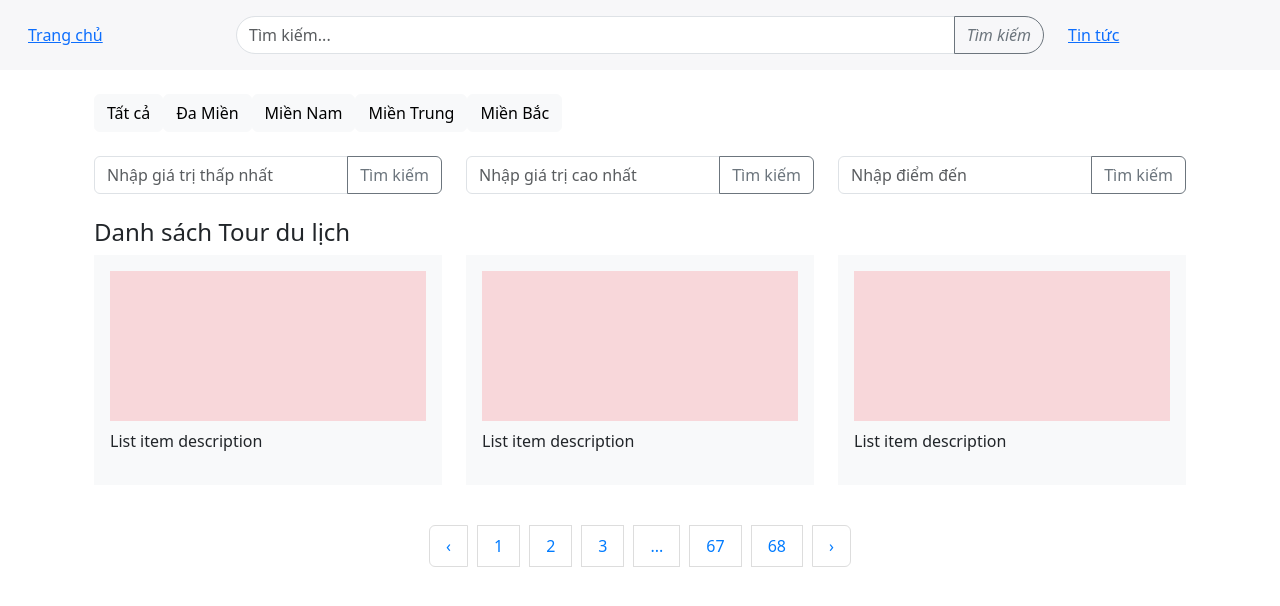
Repository: Minh23122003/qlDuAnPhanMem
Page: / (app in frontend/)
An editor plug-in stored every save of this project. The page is shown before and after the next save, followed by the edit.
The browser window is 1280 px wide. The pictures show the whole page.
The project was rebuilt for these pictures with package versions that can differ from the ones it lists, and the page was loaded fresh each time. Also part of the build but not shown: frontend/src/service/WebSocketService.js, frontend/src/components/Notifications.js, frontend/src/layout/Footer.js, frontend/src/configs/Apis.js, frontend/src/components/Relativeparkcard.js, frontend/src/components/Receipt/ReceiptList.css, frontend/src/components/merchandisecabinet.js, frontend/src/components/Service.js and 13 more.

Above is the page before, as saved 2024-09-06 17:16:09.

### frontend/src/index.js
import React from 'react';
import ReactDOM from 'react-dom/client';
import './index.css';
import App from './App';
import reportWebVitals from './reportWebVitals';
import { ToastContainer, toast } from 'react-toastify';
import 'react-toastify/dist/ReactToastify.css';
const root = ReactDOM.createRoot(document.getElementById('root'));
root.render(
    <React.StrictMode>
        <App />
        <ToastContainer
            position="top-center"
            autoClose={5000}
            hideProgressBar={false}
            newestOnTop={false}
            closeOnClick
            rtl={false}
            pauseOnFocusLoss
            draggable
            pauseOnHover
            theme="light"
            transition="Bounce"
        />
    </React.StrictMode>,
);

// If you want to start measuring performance in your app, pass a function
// to log results (for example: reportWebVitals(console.log))
// or send to an analytics endpoint. Learn more: https://bit.ly/CRA-vitals
reportWebVitals()

### frontend/src/index.css
body {
  margin: 0;
  font-family: -apple-system, BlinkMacSystemFont, 'Segoe UI', 'Roboto', 'Oxygen',
    'Ubuntu', 'Cantarell', 'Fira Sans', 'Droid Sans', 'Helvetica Neue',
    sans-serif;
  -webkit-font-smoothing: antialiased;
  -moz-osx-font-smoothing: grayscale;
  background-color: #f8d7da;
}

code {
  font-family: source-code-pro, Menlo, Monaco, Consolas, 'Courier New',
    monospace;
}

### frontend/src/App.js
import { BrowserRouter, Route, Routes, Navigate } from 'react-router-dom';
import Home from './components/Home';
import Footer from './layout/Footer';
import Header from './layout/Header';
import 'bootstrap/dist/css/bootstrap.min.css';
import { Container } from 'react-bootstrap';
import Relativeparkcard from './components/Relativeparkcard';
import MerchandiseCabinet from './components/merchandisecabinet';
import Service from './components/Service';
import Notifications from './components/Notifications';
import ReceiptList from './components/Receipt/ReceiptList';
import Login from './components/Login';
import UserContext from './contexts/UserContext';
import UserReducer from './reducers/UserReducer';
import Cookies from 'js-cookie';
import { useReducer } from 'react';
import Feedback from './components/Feedback';
import Survey from './components/Survey';
import News from './components/News';
import ChatApp from './components/ChatApp/ChatApp';

const App = () => {
    let currentUser = null;
    if (Cookies.get('user')) currentUser = JSON.parse(Cookies.get('user'));

    const [user, dispatch] = useReducer(UserReducer, currentUser);

    return (
        <>
            <UserContext.Provider value={[user, dispatch]}>
                <BrowserRouter>
                    {/* {user && <Header />}   */}
                    { <Header />}
                    <Container>
                        <Routes>
                            <Route path="/" element={ <Home /> } />
                            {/* <Route path="/" element={user ? <Home /> : <Navigate to="/login" />} /> */}
                            <Route path="/login" element={<Login />} />
                            <Route path="/news" element={<News/>} />
                            {/* <Route path="/news" element={user ? <Relativeparkcard /> : <Navigate to="/login" />} /> */}
                            <Route path="/Notifications" element={user ? <Notifications /> : <Navigate to="/login" />} />
                            <Route path="/MerchandiseCabinet" element={user ? <MerchandiseCabinet /> : <Navigate to="/login" />} />
                            <Route path="/Service" element={user ? <Service /> : <Navigate to="/login" />} />
                            <Route path="/ReceiptList" element={user ? <ReceiptList /> : <Navigate to="/login" />} />
                            <Route path="/ChatApp" element={user ? <ChatApp /> : <Navigate to="/login" />} />
                            <Route path="/Feedback" element={user ? <Feedback /> : <Navigate to="/login" />} />
                            <Route path="/Survey" element={user ? <Survey /> : <Navigate to="/login" />} />
                        </Routes>
                    </Container>
                    {/* <Footer /> */}
                </BrowserRouter>
            </UserContext.Provider>
        </>
    );
};

export default App;

### frontend/src/components/Home.js
import React, { useState } from 'react';
import { Container, Row, Col, Button, InputGroup, FormControl, Pagination } from 'react-bootstrap';

function TourPage() {
    const [minValue, setMinValue] = useState('');
    const [maxValue, setMaxValue] = useState('');
    const [destination, setDestination] = useState('');

    const handleMinValueChange = (event) => {
        setMinValue(event.target.value);
    };

    const handleMaxValueChange = (event) => {
        setMaxValue(event.target.value);
    };

    const handleDestinationChange = (event) => {
        setDestination(event.target.value);
    };
    const handleSearch = () => {
        //
    };

    return (
        <Container fluid>
            <Row className="mb-4 mt-4">
                <Col>
                    <Button variant="light">Tất cả</Button>
                    <Button variant="light">Đa Miền</Button>
                    <Button variant="light">Miền Nam</Button>
                    <Button variant="light">Miền Trung</Button>
                    <Button variant="light">Miền Bắc</Button>
                </Col>
            </Row>

            <Row className="mb-4">
                <Col>
                    <InputGroup>
                        <FormControl
                            placeholder="Nhập giá trị thấp nhất"
                            value={minValue}
                            onChange={handleMinValueChange} // Cập nhật giá trị cho minValue
                        />
                        <Button variant="outline-secondary">Tìm kiếm</Button>
                    </InputGroup>
                </Col>
                <Col>
                    <InputGroup>
                        <FormControl
                            placeholder="Nhập giá trị cao nhất"
                            value={maxValue}
                            onChange={handleMaxValueChange} // Cập nhật giá trị cho maxValue
                        />
                        <Button variant="outline-secondary">Tìm kiếm</Button>
                    </InputGroup>
                </Col>
                <Col>
                    <InputGroup>
                        <FormControl
                            placeholder="Nhập điểm đến"
                            value={destination}
                            onChange={handleDestinationChange} // Cập nhật giá trị cho destination
                        />
                        <Button variant="outline-secondary" onClick={handleSearch}>
                            Tìm kiếm
                        </Button>
                    </InputGroup>
                </Col>
            </Row>

            <h4>Danh sách Tour du lịch</h4>
            <Row>
                <Col sm={4}>
                    <div className="tour-item bg-light p-3 mb-3">
                        <div
                            className="img-placeholder mb-2"
                            style={{ height: '150px', backgroundColor: '#f8d7da' }}
                        ></div>
                        <p>List item description</p>
                    </div>
                </Col>
                <Col sm={4}>
                    <div className="tour-item bg-light p-3 mb-3">
                        <div
                            className="img-placeholder mb-2"
                            style={{ height: '150px', backgroundColor: '#f8d7da' }}
                        ></div>
                        <p>List item description</p>
                    </div>
                </Col>
                <Col sm={4}>
                    <div className="tour-item bg-light p-3 mb-3">
                        <div
                            className="img-placeholder mb-2"
                            style={{ height: '150px', backgroundColor: '#f8d7da' }}
                        ></div>
                        <p>List item description</p>
                    </div>
                </Col>
            </Row>

            <Pagination className="mt-4">
                <Pagination.Prev />
                <Pagination.Item>{1}</Pagination.Item>
                <Pagination.Item>{2}</Pagination.Item>
                <Pagination.Item>{3}</Pagination.Item>
                <Pagination.Item>...</Pagination.Item>
                <Pagination.Item>{67}</Pagination.Item>
                <Pagination.Item>{68}</Pagination.Item>
                <Pagination.Next />
            </Pagination>
        </Container>
    );
}

export default TourPage;

### frontend/src/layout/Header.js
import React from 'react';
import { Container, Row, Col, Button, InputGroup, FormControl, Nav } from 'react-bootstrap';
import './Header.css';
import styled from 'styled-components';
import { Link } from 'react-router-dom'; // Import Link from react-router-dom

const StyledNavLink = styled(Link)`

`;

const Header = () => {
    return (
        <header className="p-3 mb-4">
            <Container fluid>
                <Row className="align-items-center justify-content-between">
                    <Col xs={2}>
                    <Nav className="me-auto">
                            {/* Use Link component for navigation */}
                            <StyledNavLink to="/" className="mb-0">
                                Trang chủ
                            </StyledNavLink>
                        </Nav>
                    </Col>

                    <Col xs={8}>
                        <InputGroup>
                            <FormControl placeholder="Tìm kiếm..." aria-label="Search" />
                            <Button variant="outline-secondary">
                                <i className="bi bi-search">Tìm kiếm</i>
                            </Button>
                        </InputGroup>
                    </Col>

                    <Col xs={2}>
                        <Nav className="me-auto">
                            {/* Use Link component for navigation */}
                            <StyledNavLink to="/news" className="mb-0">
                                Tin tức
                            </StyledNavLink>
                        </Nav>
                    </Col>
                </Row>
            </Container>
        </header>
    );
};

export default Header;

### frontend/src/contexts/UserContext.js
import { createContext, useReducer } from 'react'

export default createContext()

### frontend/src/reducers/UserReducer.js
import Cookies from 'js-cookie'

const UserReducer = (currentState, action) => {
  switch (action.type) {
    case 'login': {
      return { ...action.payload }
    }
    case 'logout':
      Cookies.remove('token')
      Cookies.remove('user')
      return null
  }

  return currentState
}

export default UserReducer

### frontend/src/layout/Header.css
/* Header.css */
header {
  background-color: #f7f7f9;
  padding: 20px 0;
}

header h4 {
  font-weight: bold;
}

header button {
  border-radius: 20px; /* Matches the rounded button style */
}

header .form-control {
  border-radius: 20px 0 0 20px; /* Rounded search bar */
}

header .btn-outline-secondary {
  border-radius: 0 20px 20px 0; /* Rounded search button */
}

header .dropdown-toggle {
  border-radius: 20px;
}

header .mr-2 {
  margin-right: 10px;
}

### frontend/src/components/paginate.css
/* styles.css */

.pagination {
    display: flex;
    justify-content: center;
    list-style: none;
    padding: 0;
}

.pagination li {
    margin: 0 5px;
}

.pagination a {
    display: block;
    padding: 8px 16px;
    border: 1px solid #ddd;
    text-decoration: none;
    color: #007bff;
}

.pagination a:hover {
    background-color: #007bff;
    color: white;
}

.pagination .selected a {
    background-color: #007bff;
    color: white;
    border-color: #007bff;
}

.pagination .disabled a {
    color: #6c757d;
    pointer-events: none;
    cursor: default;
}

Loaded but not shown: frontend/public/index.html (common file); frontend/src/reportWebVitals.js (common file)

After the next save:
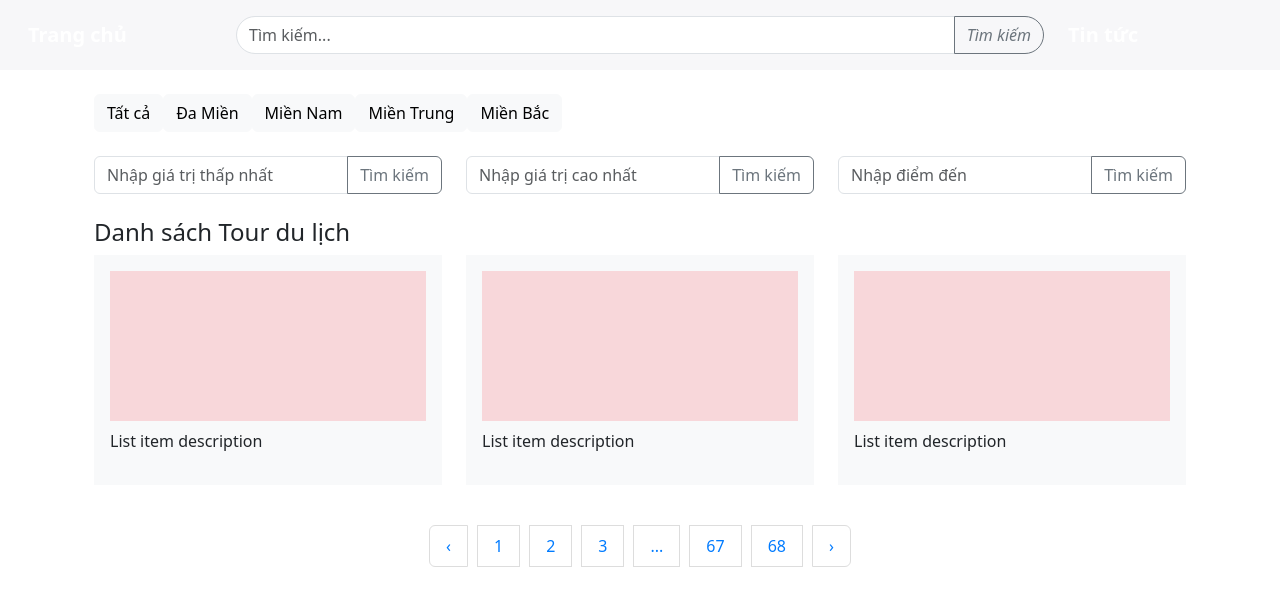
Saved 8 s later.
--- a/frontend/src/layout/Header.js
+++ b/frontend/src/layout/Header.js
@@ -5,8 +5,17 @@ import styled from 'styled-components';
 import { Link } from 'react-router-dom'; // Import Link from react-router-dom
 
 const StyledNavLink = styled(Link)`
+    color: #ffffff !important; /* Ensure the white color */
+    font-size: 1.25rem; /* Updated for better readability, more suitable for headers */
+    font-weight: 600; /* Use bold for better contrast */
+    text-decoration: none;
+    margin-right: 15px;
 
+    &:hover {
+        color: #cccccc !important; /* Ensure color change on hover */
+    }
 `;
+
 
 const Header = () => {
     return (
